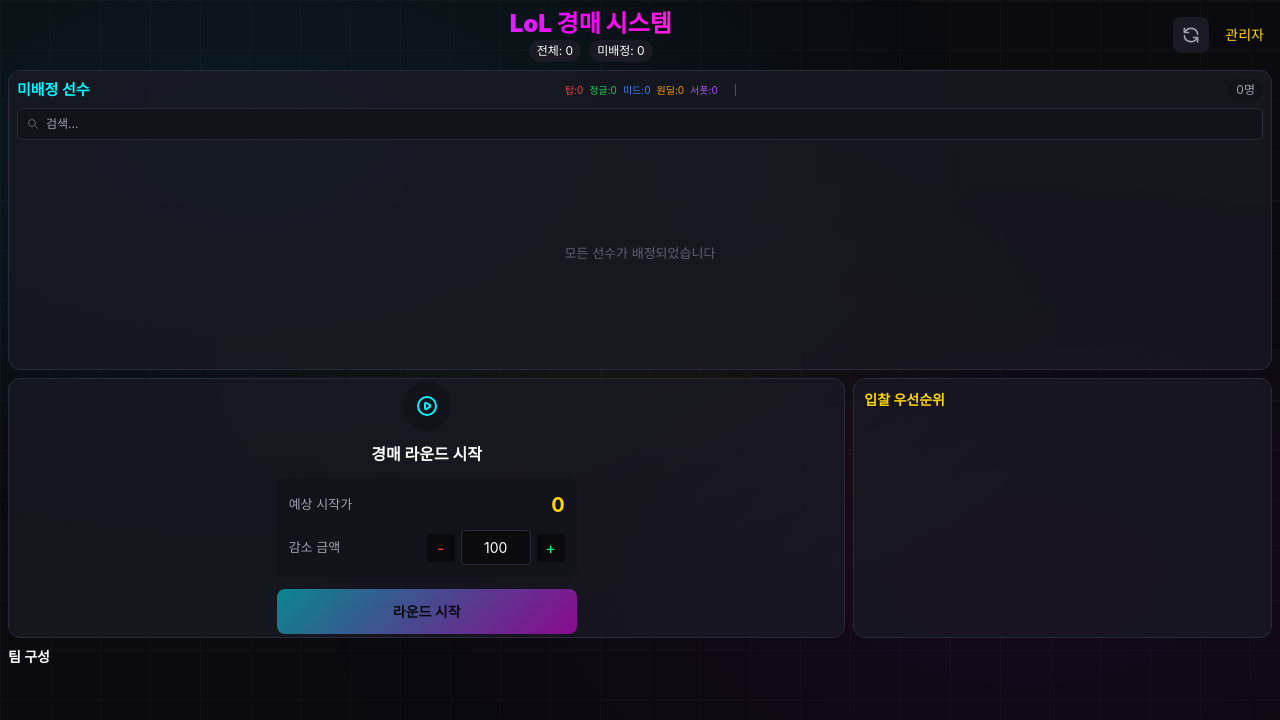
Repository: haamin-choi-imweb-me/lol-auction
Page: /
The author's editor kept a copy of each file at every save. The page is drawn from the files as they stood at one save, then again after the next save.
The browser window is 1280 px wide. The pictures show the whole page.
The page's requests for data from a server got no answer. Some web fonts or font styles are not loaded; a fallback is used. The project was rebuilt for these pictures with package versions that can differ from the ones it lists, and the page was loaded fresh each time. The framework's server and built-in components were replaced by stand-ins that run in the browser. No one was signed in, and anything a server would have sent is missing. Also part of the build but not shown: next.config.js, src/components/TeamCard.tsx.

Above is the page before, as saved 2025-12-04 04:14:35.

After the next save:
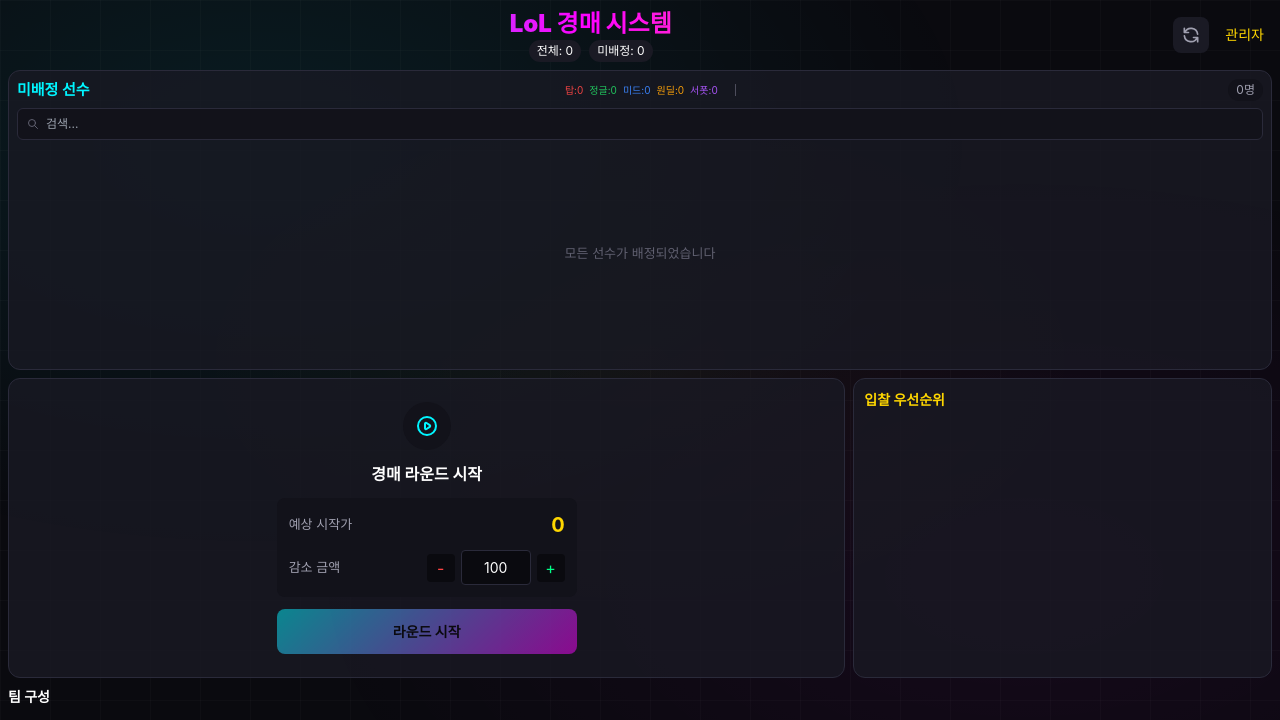
Saved 25 s later.
--- a/src/app/page.tsx
+++ b/src/app/page.tsx
@@ -79,7 +79,7 @@
       </div>
 
       {/* Auction + Leaderboard - 고정 260px */}
-      <div style={{ height: '260px', flexShrink: 0, display: 'grid', gridTemplateColumns: '2fr 1fr', gap: '8px', position: 'relative', overflow: 'hidden' }}>
+      <div style={{ height: '300px', flexShrink: 0, display: 'grid', gridTemplateColumns: '2fr 1fr', gap: '8px', position: 'relative', overflow: 'hidden' }}>
         <div style={{ position: 'relative', overflow: 'hidden' }}>
           <AuctionPanel
             currentRound={state.currentRound}
